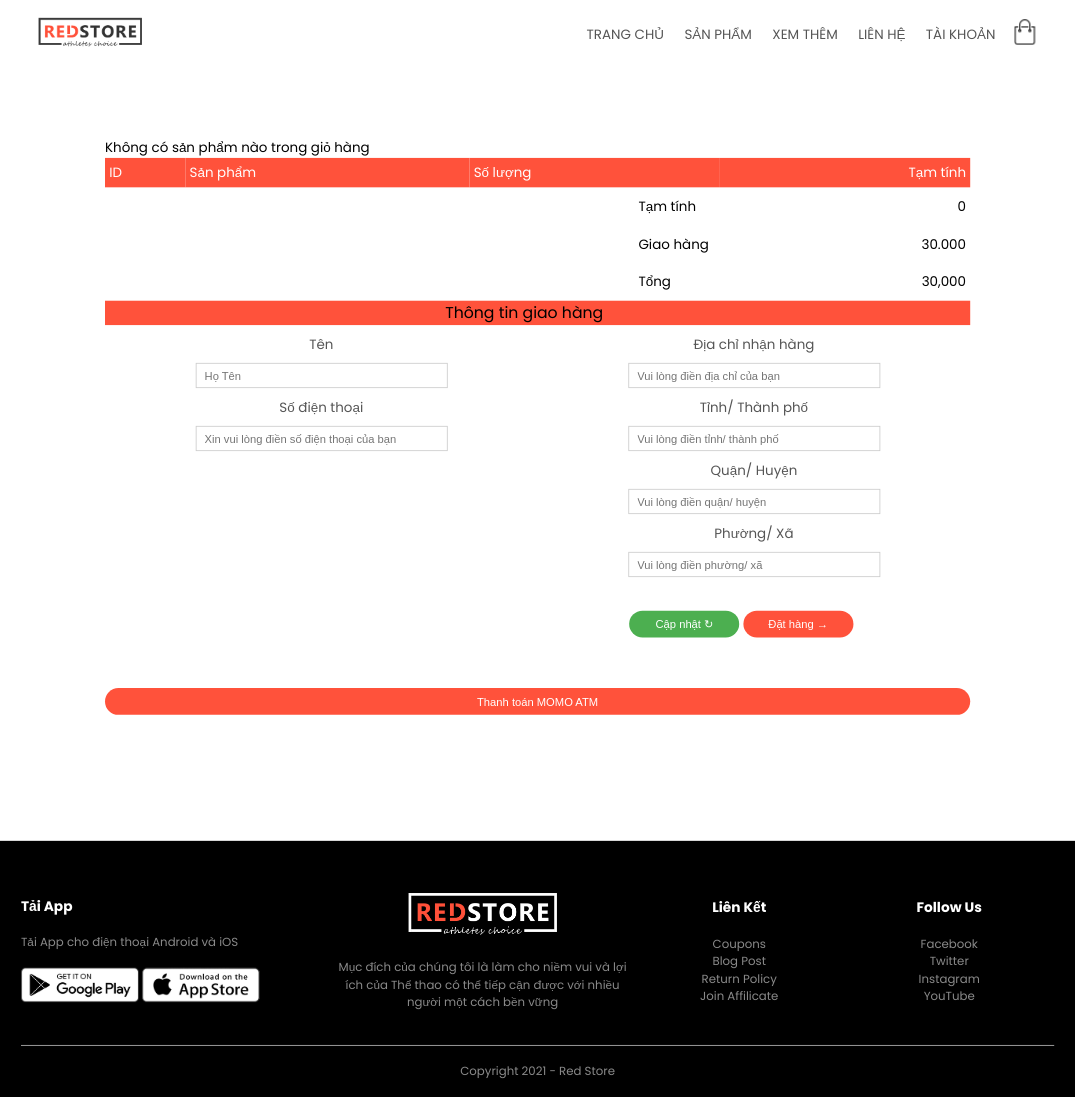
Repository: trongnk2001/RedStore
Page: http://localhost/RedStore/cart.php?action=submit
The author's editor kept a copy of each file at every save. The page is drawn from the files as they stood at one save, then again after the next save.
The browser window is 1280 px wide. The pictures show the whole page, at 84% of full size.
Some web libraries are served in a nearby version. The page is run by PHP 8.4 with error messages shown; the project is at /var/www/html/.

Above is the page before, as saved 2022-06-05 10:48:15.

After the next save:
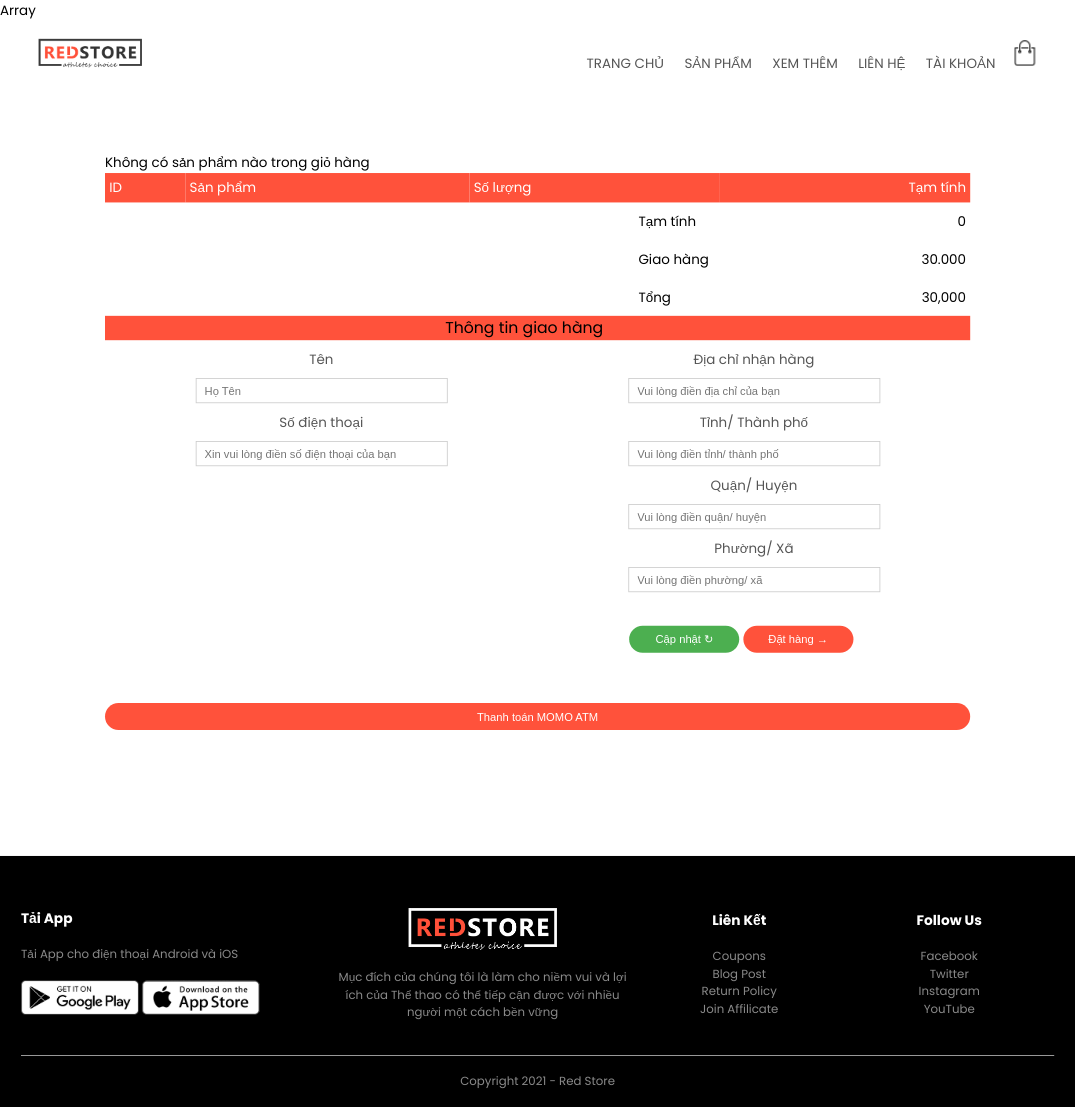
Saved 51 s later.
--- a/cart.php
+++ b/cart.php
@@ -50,6 +50,7 @@
                      $village = $_POST['village'];
                      $tel = $_POST['tel'];
                      $array_infor = array($name,$address,$city, $district, $village, $tel);
+                     echo $array_infor;
                      switch($_GET['action']){
                          case "submit":
                             if(isset($_POST['update_click'])){
